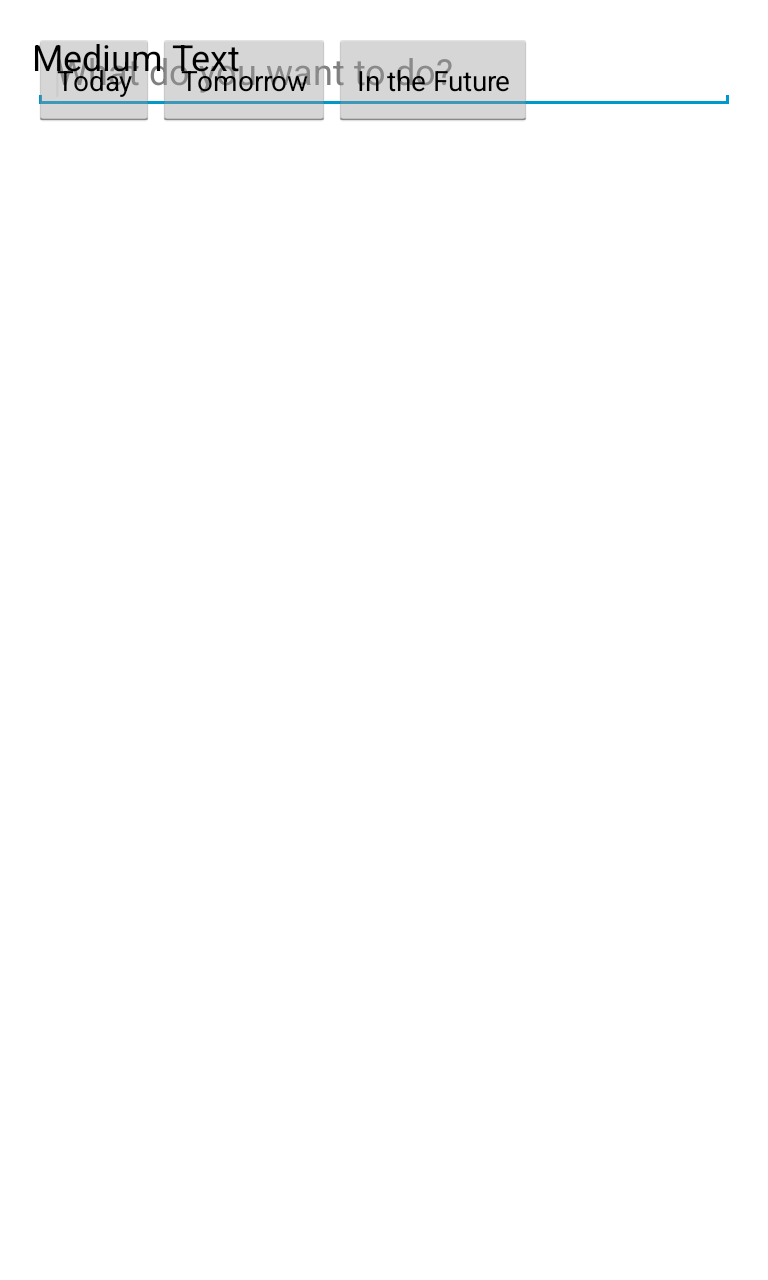
Repository: heatherpriceonline/tapia2014
Layout: Now/res/layout/activity_main.xml
The author's editor kept a copy of each file at every save. The layout is drawn from the files as they stood at one save, then again after the next save.
It is drawn on a 768 x 1280 px phone screen (xhdpi) without system bars, with theme AppTheme; the app's code is not run.

Above is the layout before, as saved 2014-02-08 22:12:42.

After the next save:
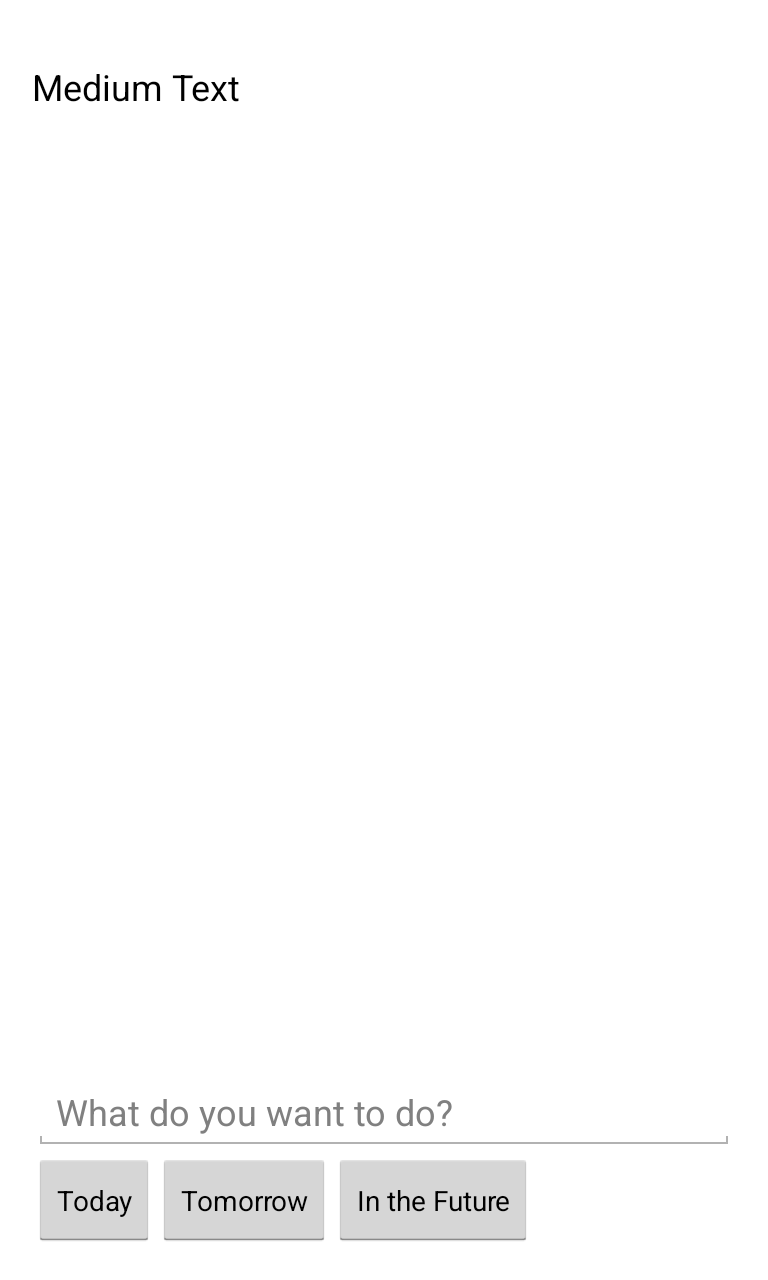
Saved 88 s later.
--- a/Now/res/layout/activity_main.xml
+++ b/Now/res/layout/activity_main.xml
@@ -32,58 +32,60 @@
                 android:layout_height="match_parent" >
 
            		<RelativeLayout
-                    android:id="@+id/Today"
-                    android:layout_width="match_parent"
-                    android:layout_height="match_parent"
-                     >
+           		    android:id="@+id/Today"
+           		    android:layout_width="match_parent"
+           		    android:layout_height="match_parent" >
 
-                    <EditText
-                        android:id="@+id/todoText"
-                        android:layout_width="match_parent"
-                        android:layout_height="wrap_content"
-                        android:ems="10"
-                        android:hint="@string/todoText">
+           		    <LinearLayout
+           		        android:id="@+id/linearLayout1"
+           		        android:layout_width="match_parent"
+           		        android:layout_height="wrap_content"
+           		        android:layout_alignParentBottom="true"
+           		        android:layout_alignParentLeft="true" >
 
-                        <requestFocus />
-                    </EditText>
+           		        <Button
+           		            android:id="@+id/todayButton"
+           		            style="?android:attr/buttonStyleSmall"
+           		            android:layout_width="wrap_content"
+           		            android:layout_height="wrap_content"
+           		            android:text="@string/today" />
 
-                    <LinearLayout
-                        android:layout_width="match_parent"
-                        android:layout_height="wrap_content" >
+           		        <Button
+           		            android:id="@+id/tomorrowButton"
+           		            style="?android:attr/buttonStyleSmall"
+           		            android:layout_width="wrap_content"
+           		            android:layout_height="wrap_content"
+           		            android:text="@string/tomorrow" />
 
-                        <Button
-                            android:id="@+id/todayButton"
-                            style="?android:attr/buttonStyleSmall"
-                            android:layout_width="wrap_content"
-                            android:layout_height="wrap_content"
-                            android:text="@string/today" />
+           		        <Button
+           		            android:id="@+id/futureButton"
+           		            style="?android:attr/buttonStyleSmall"
+           		            android:layout_width="wrap_content"
+           		            android:layout_height="wrap_content"
+           		            android:text="@string/future" />
+           		    </LinearLayout>
 
-                        <Button
-                            android:id="@+id/tomorrowButton"
-                            style="?android:attr/buttonStyleSmall"
-                            android:layout_width="wrap_content"
-                            android:layout_height="wrap_content"
-                            android:text="@string/tomorrow" />
+           		    <EditText
+           		        android:id="@+id/todoText"
+           		        android:layout_width="match_parent"
+           		        android:layout_height="wrap_content"
+           		        android:layout_above="@+id/linearLayout1"
+           		        android:layout_alignParentLeft="true"
+           		        android:ems="10"
+           		        android:hint="@string/todoText" />
 
-                        <Button
-                            android:id="@+id/futureButton"
-                            style="?android:attr/buttonStyleSmall"
-                            android:layout_width="wrap_content"
-                            android:layout_height="wrap_content"
-                            android:text="@string/future" />
+           		    <TextView
+           		        android:id="@+id/textView"
+           		        android:layout_width="wrap_content"
+           		        android:layout_height="wrap_content"
+           		        android:layout_alignParentLeft="true"
+           		        android:layout_alignParentTop="true"
+           		        android:layout_marginTop="15dp"
+           		        android:text="Medium Text"
+           		        android:textAppearance="?android:attr/textAppearanceMedium" />
 
-                    </LinearLayout>
+           		</RelativeLayout>
 
-                    <TextView
-                        android:id="@+id/textView1"
-                        android:layout_width="wrap_content"
-                        android:layout_height="wrap_content"
-                        android:layout_alignParentLeft="true"
-                        android:layout_alignParentTop="true"
-                        android:text="Medium Text"
-                        android:textAppearance="?android:attr/textAppearanceMedium" />
-
-				</RelativeLayout>
                 <LinearLayout
                     android:id="@+id/Tomorrow"
                     android:layout_width="match_parent"
